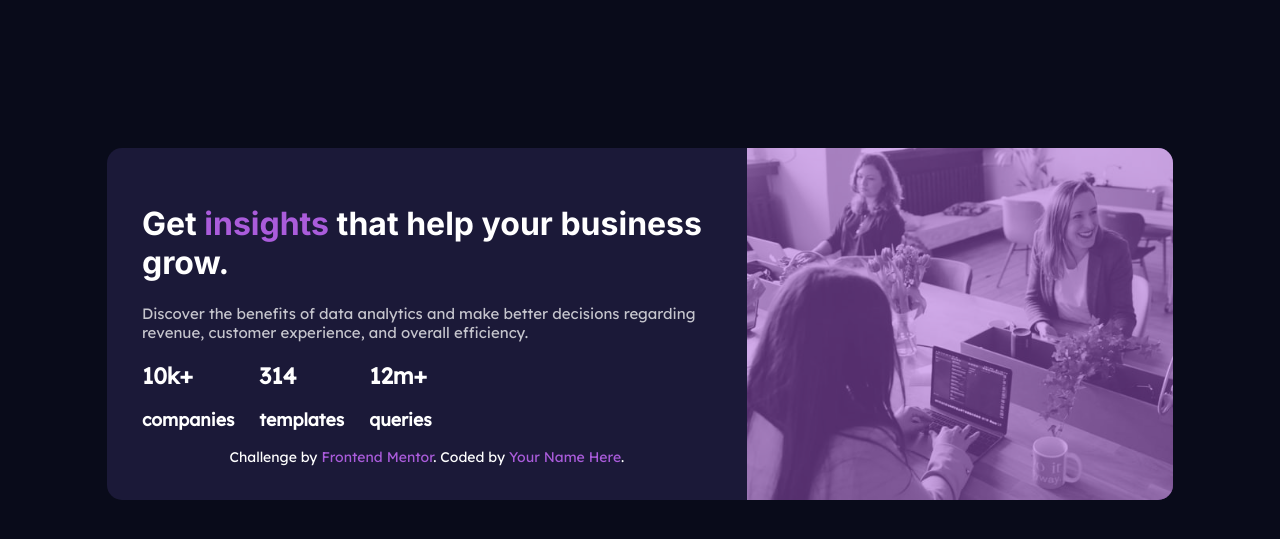
Repository: wasanmsn/Card_Challange
Page: index.html
These files come from the project's save history. The page is drawn as it stood at one moment and after the next save; the edit follows.
The browser window is 1280 px wide. The pictures show the whole page.

Above is the page before, as saved 2021-07-21 16:46:10.

### index.html
<!DOCTYPE html>
<html lang="en">

<head>
  <meta charset="UTF-8">
  <meta name="viewport" content="width=device-width, initial-scale=1.0">
  <!-- displays site properly based on user's device -->

  <link rel="icon" type="image/png" sizes="32x32" href="./images/favicon-32x32.png">
  <link rel="stylesheet" href="./stylesheet.css">

  <title>Frontend Mentor | Stats preview card component</title>

</head>

<body>
  <div class="container">
    <div class="column1">
      <h1 id="header">
        Get <span>insights</span> that help your business grow.
      </h1>
      <div id="content">
        Discover the benefits of data analytics and make better decisions regarding revenue, customer
        experience, and overall efficiency.
      </div>
      <div id="content2">
        <div class="row"><h2>10k+</h2> <h3>companies</h3></div>
        <div class="row"><h2>314</h2> <h3>templates</h3></div>
        <div class="row"><h2>12m+</h2> <h3>queries</h3></div>
      </div>
      <div class="attribution">
        Challenge by <a href="https://www.frontendmentor.io?ref=challenge" target="_blank">Frontend Mentor</a>.
        Coded by <a href="#">Your Name Here</a>.
      </div>
    </div>
      <div class="column2">
        <image id="img" src="./images/image-header-desktop.jpg">
    </div>
  </div>


</body>

</html>

### stylesheet.css
@import url('https://fonts.googleapis.com/css2?family=Inter:wght@400;700&family=Lexend+Deca&display=swap');

body {
    margin: 0;
    padding: 0;
    background-color: hsl(233, 47%, 7%);

}

.container {
    width: 100%;
    display: flex;
    height: 90vh;
    justify-content: center;
    align-items: center;

}

.column1 {
    -webkit-box-sizing: border-box;
    /* Safari/Chrome, other WebKit */
    -moz-box-sizing: border-box;
    /* Firefox, other Gecko */
    box-sizing: border-box;
    /* Opera/IE 8+ */
    display: flex;
    flex-direction: column;
    justify-content: space-between;
    height: 22rem;
    width: 50%;
    padding: 35px;
    border-radius: 15px 0 0 15px;
    background-color: hsl(244, 38%, 16%);

}

.column2 {
    -webkit-box-sizing: border-box;
    /* Safari/Chrome, other WebKit */
    -moz-box-sizing: border-box;
    /* Firefox, other Gecko */
    box-sizing: border-box;
    /* Opera/IE 8+ */
    height: 22rem;
    border-radius: 0 15px 15px 0;
    background-color: hsl(277, 64%, 61%);
}
span {
    color: hsl(277, 64%, 61%);

}
#img {
    opacity: 0.5;
    height: 100%;
    border-radius: 0 15px 15px 0;
}
#header{
    font-family: 'Inter', sans-serif;
    font-weight: 700;
    color:hsl(0, 0%, 100%) ;
}
#content{
    font-size: 15px;
    font-family: 'Lexend Deca', sans-serif;
    color: hsla(0, 0%, 100%, 0.75);
}
#content2{
    display: flex;
    font-size: 15px;
    font-family: 'Lexend Deca', sans-serif;
    color: hsl(0, 0%, 100%) ;
}
.row{
    display: block;
    margin-right: 25px;
}
.attribution {
    font-size: 14px;
    text-align: center;
    font-family: 'Lexend Deca', sans-serif;
    color: hsl(0, 0%, 100%) ;
}
.attribution a {
    text-decoration: none;
    color: hsl(277, 64%, 61%);
  }

After the next save:
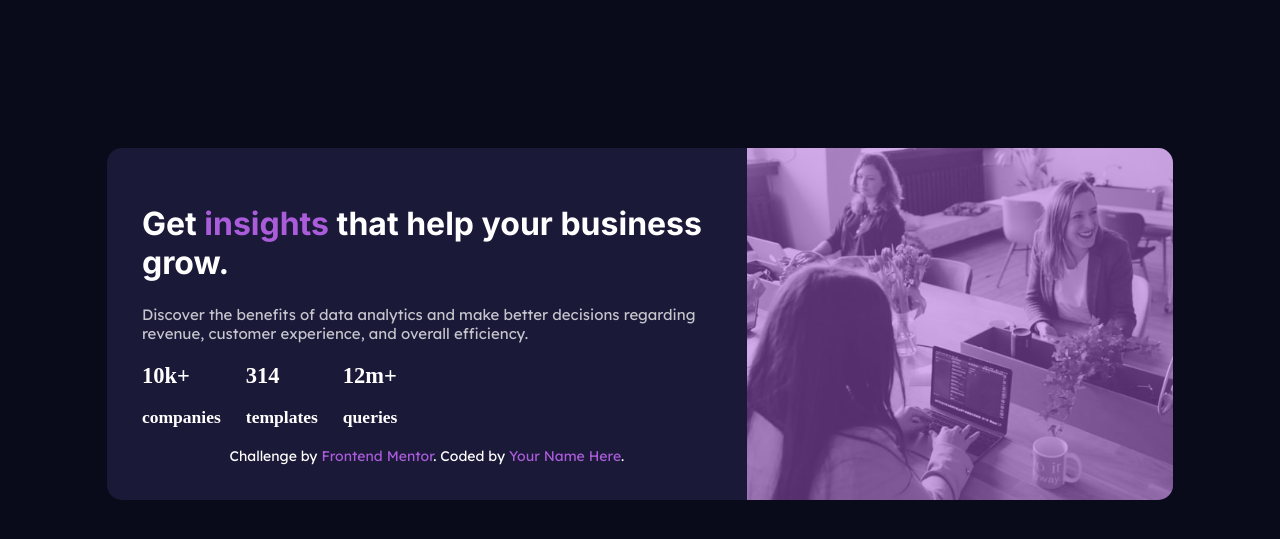
Saved 51 s later.
--- a/stylesheet.css
+++ b/stylesheet.css
@@ -67,7 +67,6 @@
 #content2{
     display: flex;
     font-size: 15px;
-    font-family: 'Lexend Deca', sans-serif;
     color: hsl(0, 0%, 100%) ;
 }
 .row{

After the save that followed:
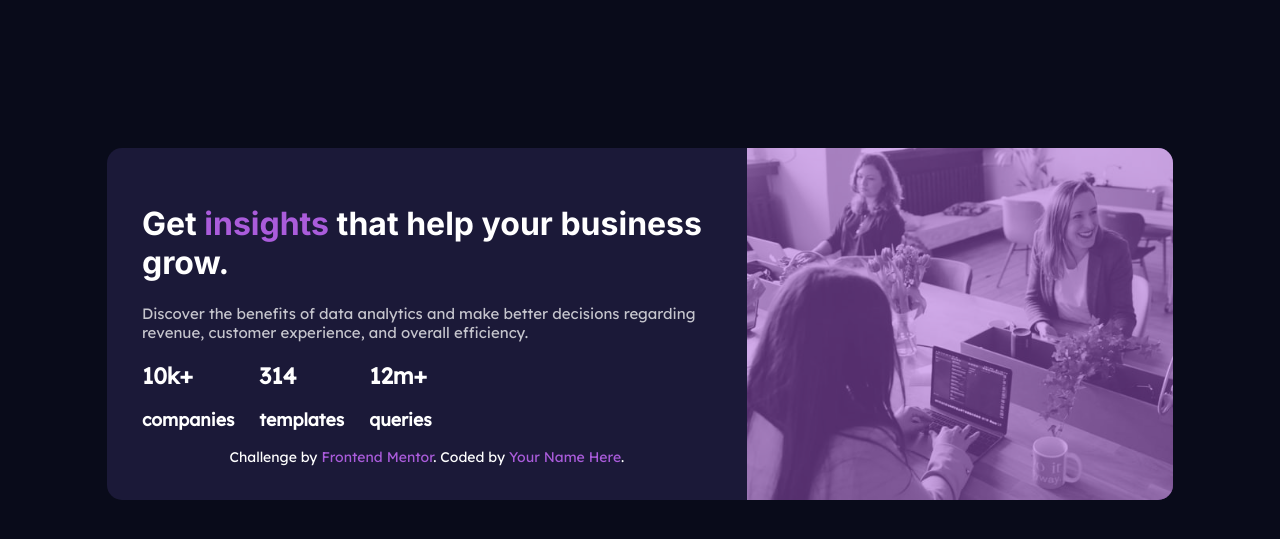
Saved 78 s later.
--- a/stylesheet.css
+++ b/stylesheet.css
@@ -67,6 +67,7 @@
 #content2{
     display: flex;
     font-size: 15px;
+    font-family: 'Lexend Deca', sans-serif;
     color: hsl(0, 0%, 100%) ;
 }
 .row{
